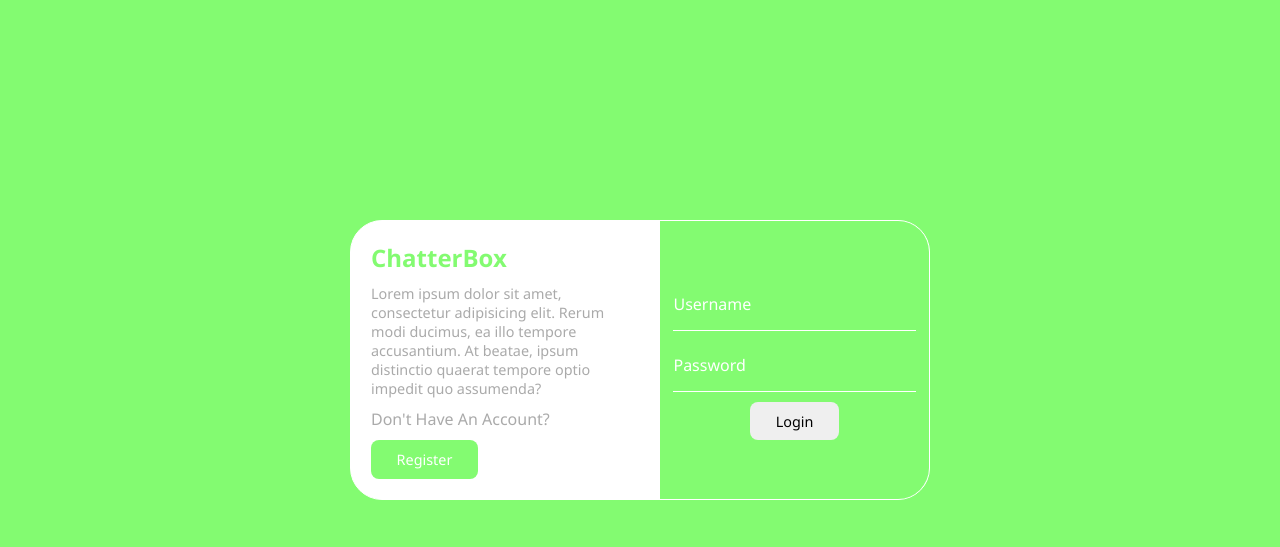
Repository: Habeebur1493/social-media-app
Page: /
An editor plug-in stored every save of this project. The page is shown before and after the next save, followed by the edit.
The browser window is 1280 px wide. The pictures show the whole page.
The project was rebuilt for these pictures with package versions that can differ from the ones it lists, and the page was loaded fresh each time. Also part of the build but not shown: vite.config.js.

Above is the page before, as saved 2025-01-28 01:07:08.

### src/App.jsx
import './App.css'
import Layout from './Layout/layout'

function App() {

  return (
    <>
      <Layout />

    </>
  )
}

export default App

### src/App.css
*{
  margin: 0;
  padding: 0;
  box-sizing: border-box;
  text-align: none;
  list-style: none;
  font-family: 'Segoe UI', Tahoma, Geneva, Verdana, sans-serif;
}

:root{
  --color-primary:#83fb71;
  --text-color: black;
  --color-bg:rgb(236, 236, 236);
  --color-card: white;
  --color-soft:#aaaaaa;
  --color-border:lightgray;
  --color-red:red;
}

.container{
  max-width: 991px;
  width: 100%;
  margin: 0 auto;
}
h1,h2,h3,h4,h5{
  font-weight: 600;
  color: var(--text-color);
}
img{
  width: 100%;
  display: block;
  object-fit: cover;
}
.user{
  display: flex;
  align-items: center;
  gap: 10px;
}
.user img{
  width: 33px;
  aspect-ratio: 1/1;
  border-radius: 50%;
}
.user h4{
  color: var(--color-primary)
}
body{
  background: var(--color-bg);
  color: var(--color-soft);
}
small,p{
  color: var(--color-soft);
}
.btn{
  padding: .6rem 1.6rem;
  display: inline-block;
  width: fit-content;
  cursor: pointer;
  border-radius: .5rem;
  font-size: .9rem;
  font-weight: 500;
  transition: .3s ease;
  border: none;
}
.btn:hover{
  opacity: .7;
}
.btn-primary{
  background: var(--color-primary);
  color: white;
}

.btn-red{
  background: var(--color-red);
  color: white;
}

### src/Layout/layout.jsx
import React from 'react'

//Pages.....


import Login from '../pages/login/Login'

export default function layout() {
    return (
        <>
                <Login/>
        </>
    )
}

### src/pages/login/Login.jsx
import React from 'react'

import './login.css'

export default function Login() {
  return (
    <div className="login">
        <div className='card'>
        <div className="left">
            <h2>ChatterBox</h2>
            <p>Lorem ipsum dolor sit amet, consectetur adipisicing elit. Rerum modi ducimus, ea illo tempore accusantium. At beatae, ipsum distinctio quaerat tempore optio impedit quo assumenda?</p>
            <span>Don't Have An Account?</span>
            <button className='btn btn-primary'>Register</button>
        </div>
        <form className="right">
            <input type="text" required placeholder='username'/>
            <input type="password" required placeholder='password'/>
            <button type='submit' className='btn'>Login</button>
        </form>
    </div>
    </div>


  )
}

### src/pages/login/login.css
.login{
    background: var(--color-primary);
    height: 100vh;
    width: 100%;
    display: flex;
    align-items: center;
    justify-content: center;
}

.login .card{
    display: flex;
    width: 580px;
    background: white;
    border: 1px solid white;
    border-radius: 2rem;
    overflow: hidden;
}

.login .card .left{
    flex: 1;
    display: flex;
    flex-direction: column;
    gap: 10px;
    padding: 20px;
}
.login h2{
    color: var(--color-primary);
}

.login .card .left p{
    font-size: .9rem;
}
.login .card span{
    color: var (--color-primary);
}

.login .card .right{
    flex: 1;
    background: var(--color-primary);
    display: flex;
    align-items: center;
    justify-content: center;
    flex-direction: column;
    gap: 10px;
}

.login form input{
    padding: 1rem 0;
    width: 90%;
    background: transparent;
    border: transparent;
    outline: none;
    border-bottom: 1px solid white ;
    margin: 0 auto;
    color: white;
}

.login form input::placeholder{
    color: white;
    font-size: 1rem;
    text-transform: capitalize;
}

Loaded but not shown: index.html (common file); src/main.jsx (common file)

After the next save:
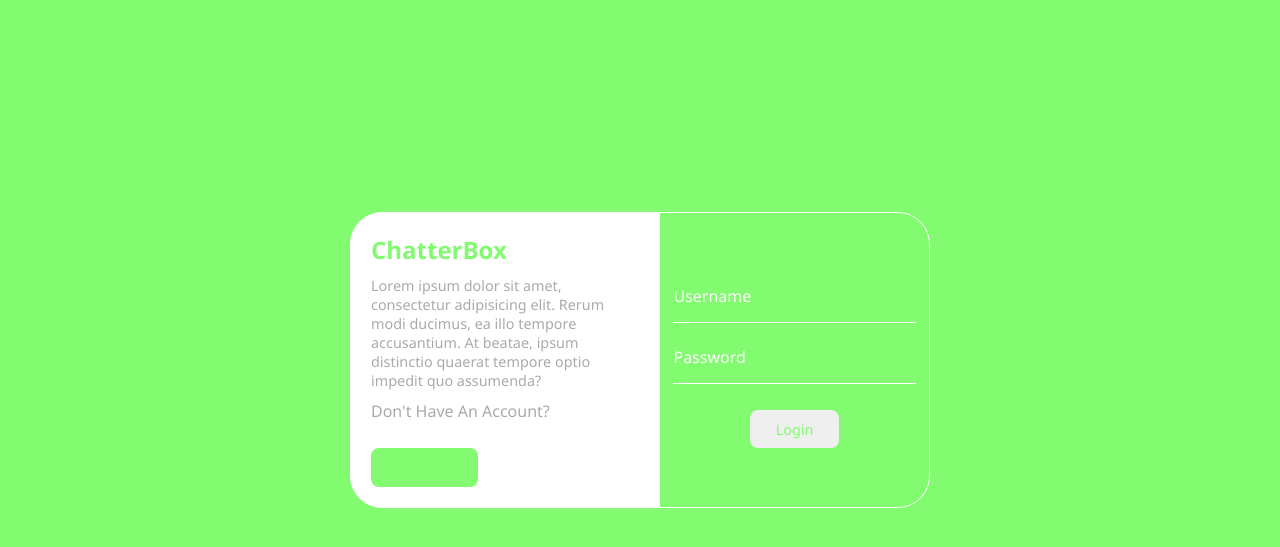
Saved 37 s later.
--- a/src/pages/login/login.css
+++ b/src/pages/login/login.css
@@ -60,3 +60,7 @@
     font-size: 1rem;
     text-transform: capitalize;
 }
+.login .btn{
+ color: var(--color-primary);
+ margin-top: 1rem;
+}
